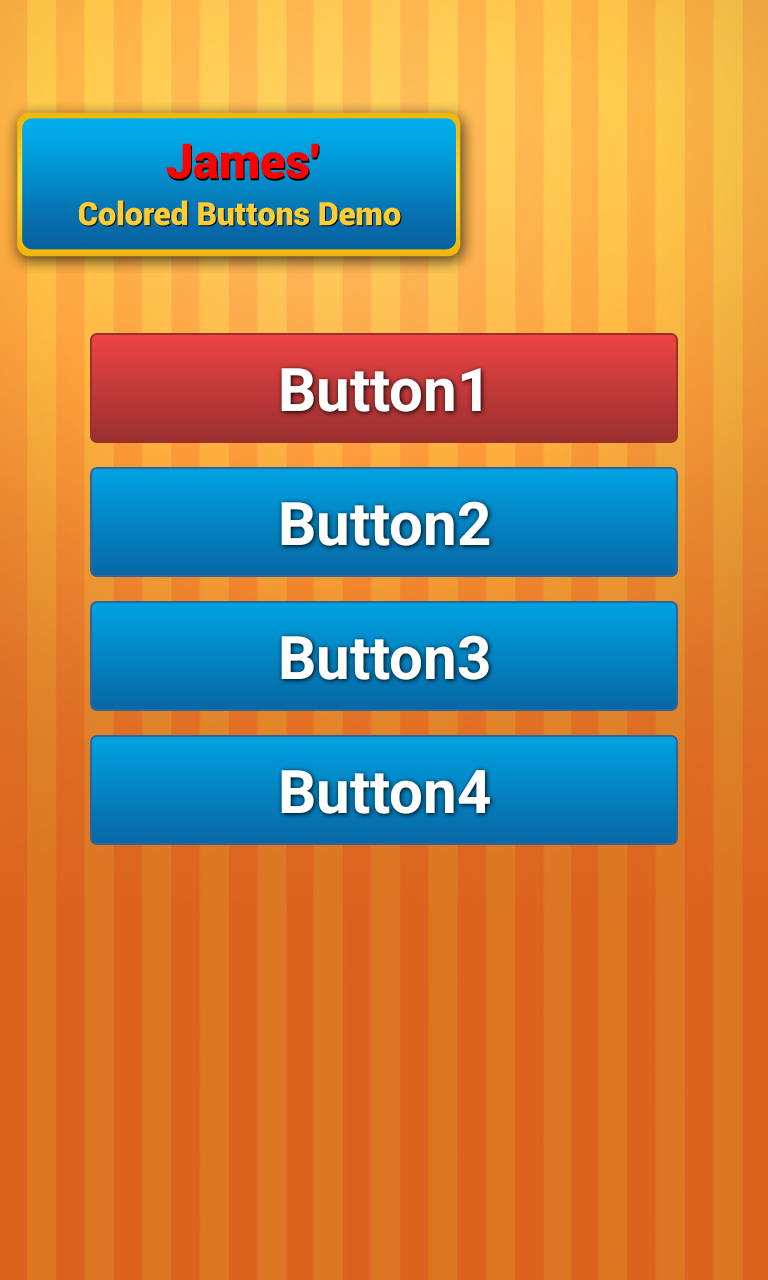
Repository: jmwhite999/_ColoredGradientButtons
Layout: ColoredGradientButtons/res/layout/main.xml
An editor plug-in stored every save of this project. The layout is shown before and after the next save, followed by the edit.
It is drawn on a 768 x 1280 px phone screen (xhdpi) without system bars, with theme android:Theme; the app's code is not run.

Above is the layout before, as saved 2014-01-02 09:32:46.

### ColoredGradientButtons/res/layout/main.xml
<?xml version="1.0" encoding="utf-8"?>
<LinearLayout xmlns:android="http://schemas.android.com/apk/res/android"
    android:layout_width="fill_parent"
    android:layout_height="fill_parent"
    android:orientation="vertical"
    android:background="@drawable/background">

    <ImageView
        android:id="@+id/logo_imgView"
        android:layout_width="wrap_content"
        android:layout_height="wrap_content"
        android:src="@drawable/logo2"
        android:layout_marginTop="50dip"/>

    <Button
        android:id="@+id/play_btn"
        android:background="@drawable/red_menu_btn"
        style="@style/main_menu_btnTop"
        android:text="@string/btnlabel1"/>

    <Button
        android:id="@+id/player_data_btn"
        android:background="@drawable/blue_menu_btn"
        style="@style/main_menu_btnNormal"
        android:text="@string/btnlabel2"/>

    <Button
        android:id="@+id/highscore_btn"
        android:background="@drawable/blue_menu_btn"
        style="@style/main_menu_btnNormal"
        android:text="@string/btnlabel3"/>

    <Button
        android:id="@+id/options_btn"
        android:background="@drawable/blue_menu_btn"
        style="@style/main_menu_btnNormal"
        android:text="@string/btnlabel4"/>

</LinearLayout>

### ColoredGradientButtons/res/drawable/red_menu_btn.xml
<?xml version="1.0" encoding="utf-8"?>
<selector xmlns:android="http://schemas.android.com/apk/res/android" >
    <item android:state_pressed="true">
        <shape>
            <solid
                android:color="@color/red_base"/>
            <stroke
                android:width="1dip"
                android:color="@color/red_stroke"	/>
            <corners
                android:radius="3dip"/>
            <padding
                android:left="40dip"
                android:right="40dip"/>

        </shape>
    </item>
	<item>
	    <shape>
	        <gradient
	            android:startColor="@color/red_gradientS"
	            android:endColor="@color/red_gradientE"
	            android:angle="270"/>
	        <stroke
                android:width="1dip"
                android:color="@color/red_stroke"/>
	        <corners
                android:radius="3dip"/>
            <padding
                android:left="40dip"
                android:right="40dip"/>
	    </shape>
	</item>
</selector>

### ColoredGradientButtons/res/values/styles.xml
<?xml version="1.0" encoding="utf-8"?>
<resources>

	<style name="main_menu">
	    <item name="android:layout_width">fill_parent</item>
	    <item name="android:layout_height">55dip</item>
	    <item name="android:textColor">@color/menu_text_color</item>
	    <item name="android:gravity">center</item>
	    <item name="android:layout_marginLeft">45dip</item>
	    <item name="android:layout_marginRight">45dip</item>
	    <item name="android:textSize">30sp</item>
	    <item name="android:textStyle">bold</item>
	    <item name="android:shadowColor">@color/menu_shadow_color</item>
	    <item name="android:shadowDx">1</item>
	    <item name="android:shadowDy">1</item>
	    <item name="android:shadowRadius">4</item>
	</style>

	<style name="main_menu_btnTop" parent="main_menu">
	    <item name="android:layout_marginTop">30dip</item>
	</style>

	<style name="main_menu_btnNormal" parent="main_menu">
	    <item name="android:layout_marginTop">12dip</item>
	</style>
</resources>

### ColoredGradientButtons/res/values/strings.xml
<?xml version="1.0" encoding="utf-8"?>
<resources>

    <string name="button_label">I\'m a button</string>
    <string name="app_name">TestApp17</string>
	<string name="btnlabel1">Button1</string>
	<string name="btnlabel2">Button2</string>
	<string name="btnlabel3">Button3</string>
	<string name="btnlabel4">Button4</string>
	<string name="btnlabel5">Button5</string>
	<string name="btnlabel6">Button6</string>

</resources>

### ColoredGradientButtons/res/drawable/blue_menu_btn.xml
<?xml version="1.0" encoding="utf-8"?>
<selector xmlns:android="http://schemas.android.com/apk/res/android" >
     <item android:state_pressed="true">
        <shape>
            <solid
                android:color="@color/blue_base"/>
            <stroke
                android:width="1dip"
                android:color="@color/blue_stroke"	/>
            <corners
                android:radius="3dip"/>
            <padding
                android:left="40dip"
                android:right="40dip"/>

        </shape>
    </item>
	<item>
	    <shape>
	        <gradient
	            android:startColor="@color/blue_gradientS"
	            android:endColor="@color/blue_gradientE"
	            android:angle="270"/>
	        <stroke
                android:width="1dip"
                android:color="@color/blue_stroke"/>
	        <corners
                android:radius="3dip"/>
            <padding
                android:left="40dip"
                android:right="40dip"/>
	    </shape>
	</item>
</selector>

### ColoredGradientButtons/res/values/colors.xml
<?xml version="1.0" encoding="utf-8"?>
<resources>
    <color name="red_base">#ef4444</color>
    <color name="red_stroke">#992F2F</color>
    <color name="red_gradientS">#ef4444</color>
    <color name="red_gradientE">#992F2F</color>

    <color name="blue_base">#449def</color>
    <color name="blue_stroke">#2F6699</color>
    <color name="blue_gradientS">#00a2e2</color>
    <color name="blue_gradientE">#0767a4</color>

    <color name="def_blue_base">#449def</color>
    <color name="def_blue_stroke">#2F6699</color>
    <color name="def_blue_gradientS">#449def</color>
    <color name="def_blue_gradientE">#2F6699</color>

    <color name="menu_text_color">#FFFFFF</color>
    <color name="menu_shadow_color">#000000</color>

</resources>

Loaded but not shown: ColoredGradientButtons/res/drawable/purple_menu_btn.xml (common file); ColoredGradientButtons/res/drawable/green_menu_btn.xml (common file); ColoredGradientButtons/res/drawable/yellow_menu_btn.xml (common file)

After the next save:
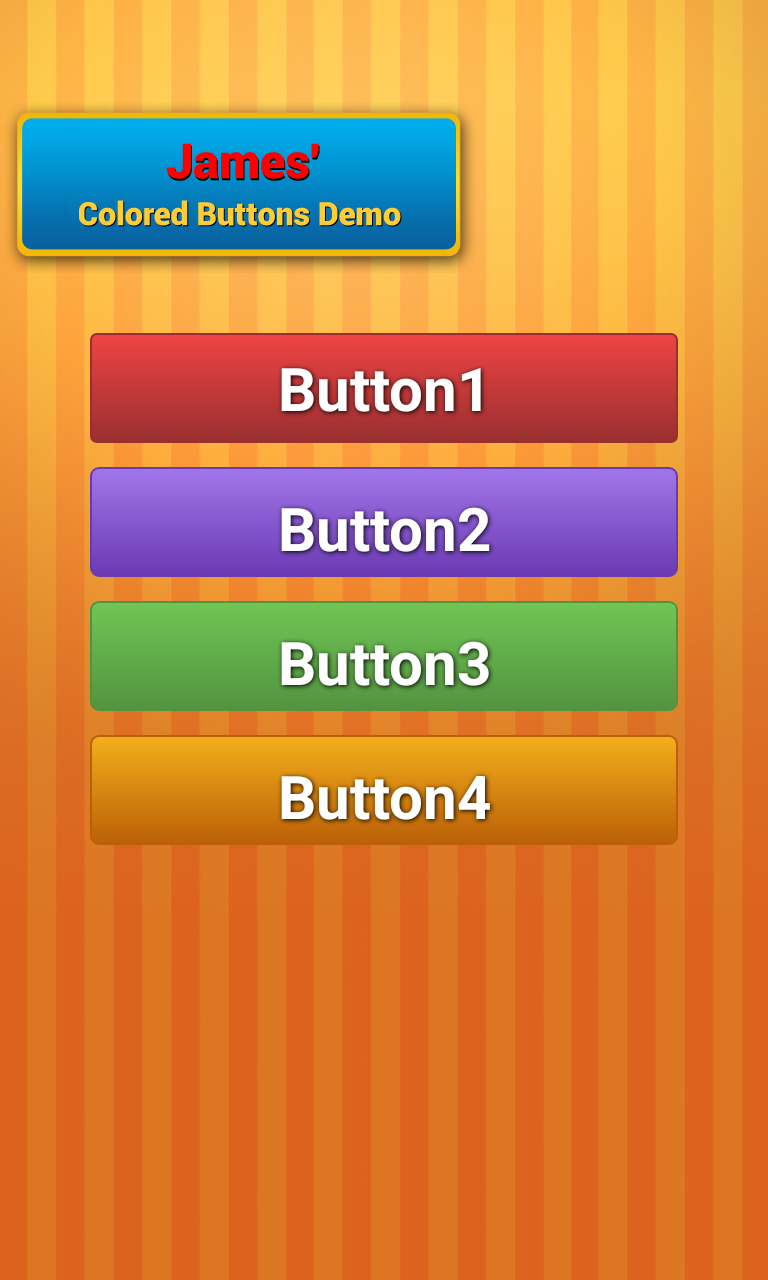
Saved 4 min 11 s later.
--- a/ColoredGradientButtons/res/layout/main.xml
+++ b/ColoredGradientButtons/res/layout/main.xml
@@ -20,19 +20,19 @@
 
     <Button
         android:id="@+id/player_data_btn"
-        android:background="@drawable/blue_menu_btn"
+        android:background="@drawable/purple_menu_btn"
         style="@style/main_menu_btnNormal"
         android:text="@string/btnlabel2"/>
 
     <Button
         android:id="@+id/highscore_btn"
-        android:background="@drawable/blue_menu_btn"
+        android:background="@drawable/green_menu_btn"
         style="@style/main_menu_btnNormal"
         android:text="@string/btnlabel3"/>
 
     <Button
         android:id="@+id/options_btn"
-        android:background="@drawable/blue_menu_btn"
+        android:background="@drawable/yellow_menu_btn"
         style="@style/main_menu_btnNormal"
         android:text="@string/btnlabel4"/>
 
